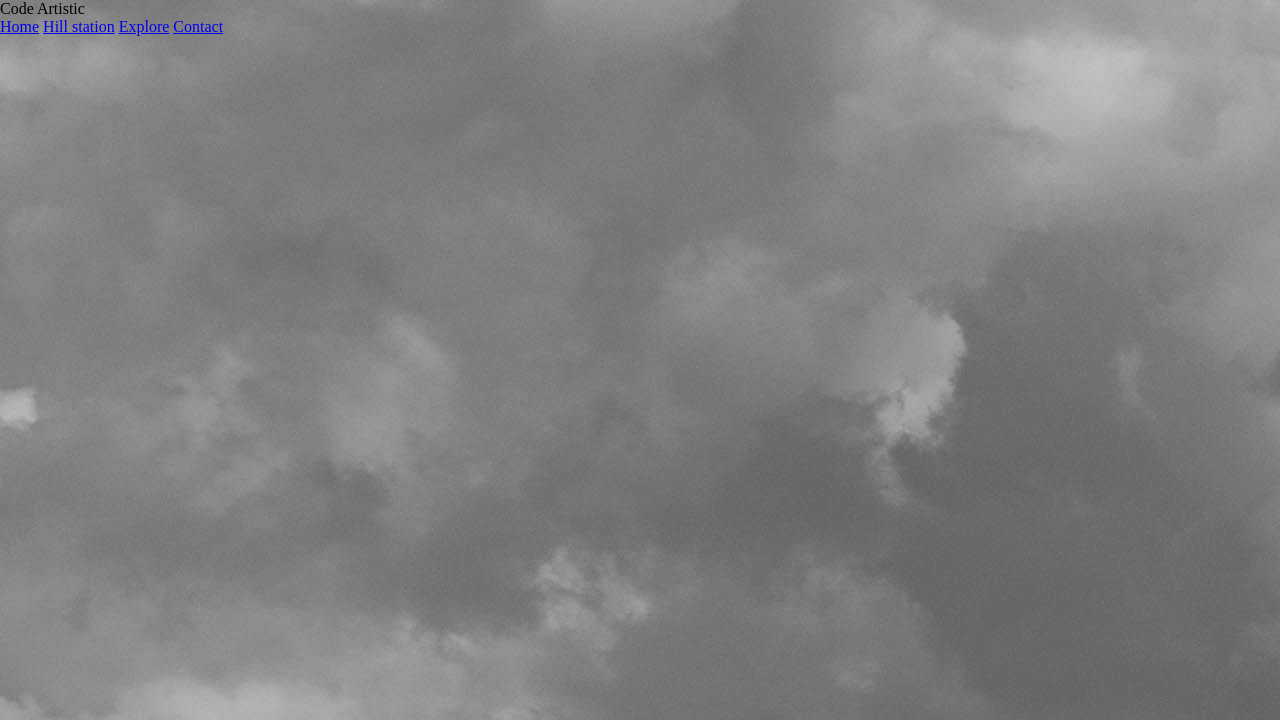
Repository: Ruxmary7/energy
Page: starter/index.html
An editor plug-in stored every save of this project. The page is shown before and after the next save, followed by the edit.
The browser window is 1280 px wide. The pictures show the whole page.

Above is the page before, as saved 2025-01-10 21:50:39.

### starter/index.html
<!DOCTYPE html>
<html lang="en">
<head>
    <meta charset="UTF-8">
    <meta name="viewport" content="width=device-width, initial-scale=1.0">
    <title>Landing page</title>
    <link rel="stylesheet" href="style.css">
</head>
<body>
    <header>
<nav>
    <div class="logo">
Code Artistic
    </div>
<div class="menu">
    <a href="#">Home</a>
    <a href="#">Hill station</a>
    <a href="#">Explore</a>
<a href="#">Contact</a>

</div>
<div class="register">
    <a href=""></a>
</div>

    </header>
</body>
</html>

### starter/style.css
* {
    padding: 0;
    margin: 0;
    box-sizing: border-box;
}

header {
    width: 100%;
    height: 100vh;
    background: url(abc.jpg);
    block-size: cover;
}

After the next save:
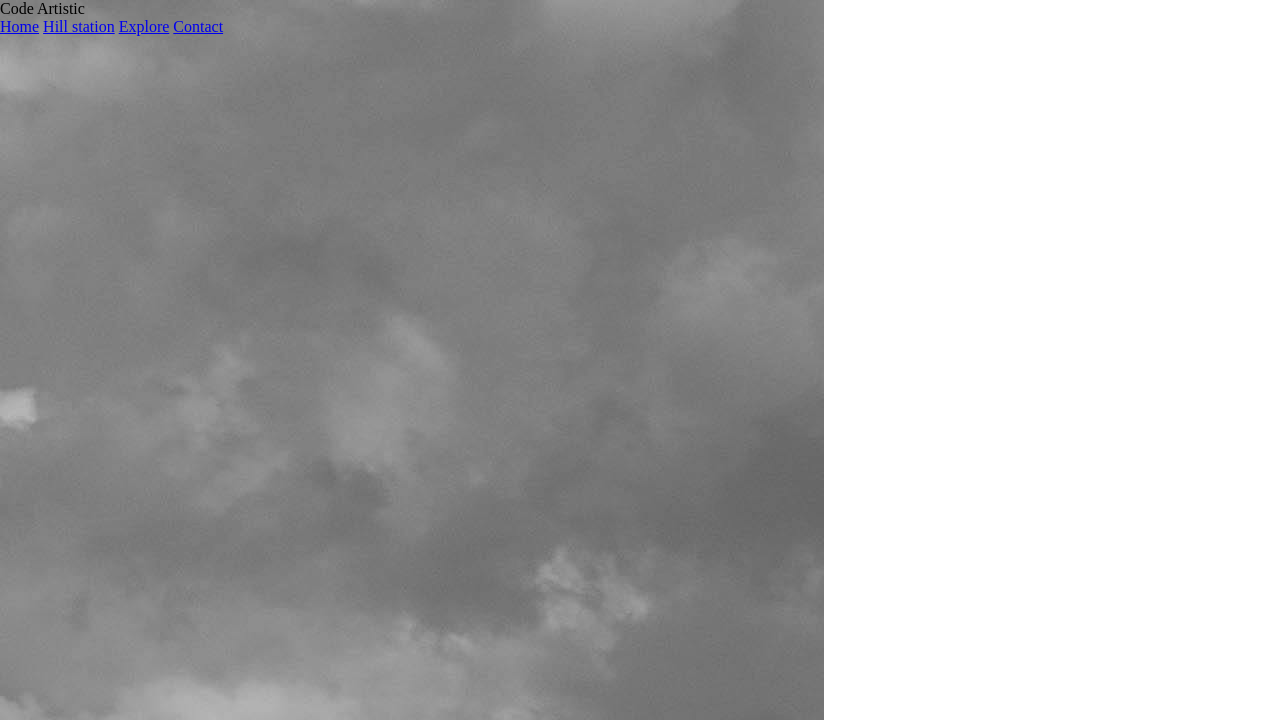
Saved 2 min 35 s later.
--- a/starter/style.css
+++ b/starter/style.css
@@ -5,7 +5,7 @@
 }
 
 header {
-    width: 100%;
+    width: 824px;
     height: 100vh;
     background: url(abc.jpg);
     block-size: cover;

After the save that followed:
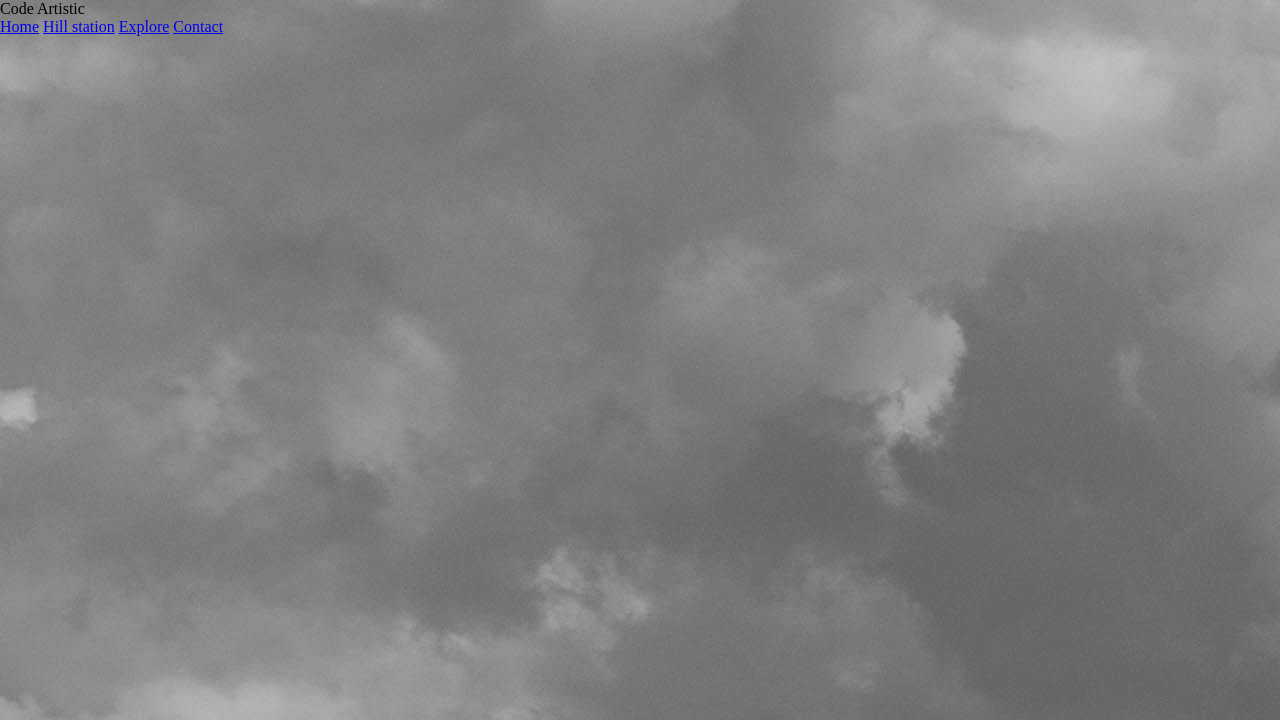
Saved 14 s later.
--- a/starter/style.css
+++ b/starter/style.css
@@ -5,7 +5,7 @@
 }
 
 header {
-    width: 824px;
+    width: 100%;
     height: 100vh;
     background: url(abc.jpg);
     block-size: cover;
